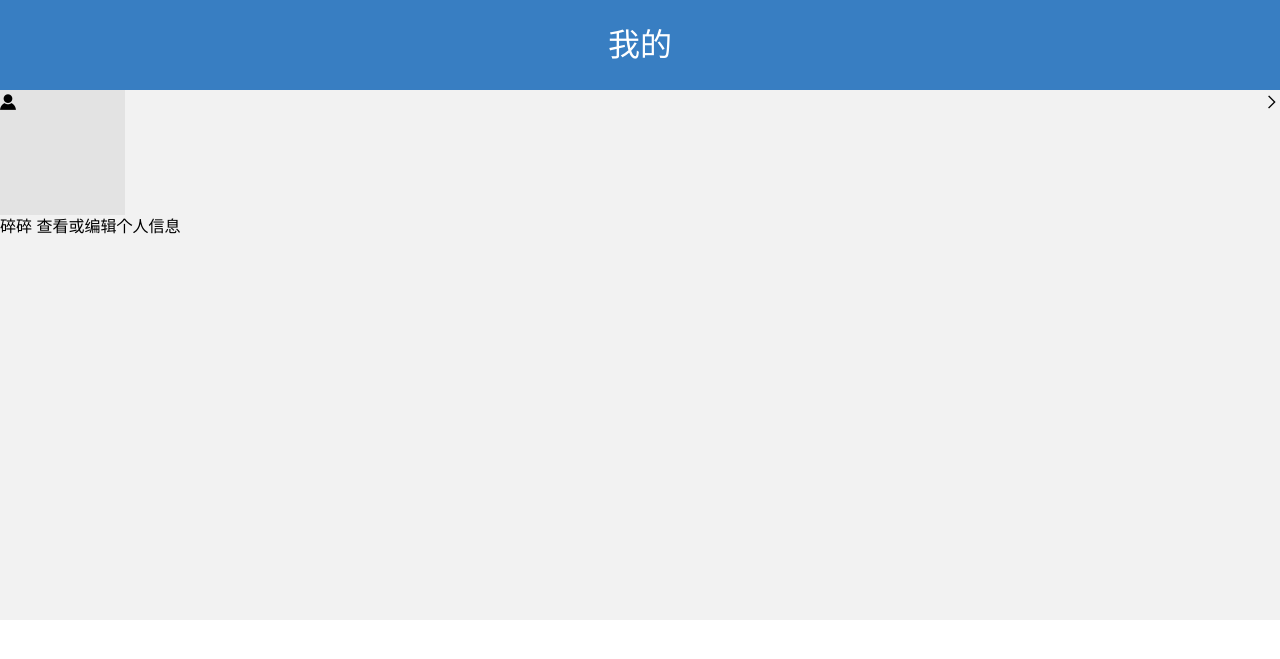
Repository: A1LExX/H5_study_set
Page: myProfile/index.html
These files come from the project's save history. The page is drawn as it stood at one moment and after the next save; the edit follows.
The browser window is 1280 px wide. The pictures show the whole page.

Above is the page before, as saved 2021-07-12 20:04:30.

After the next save:
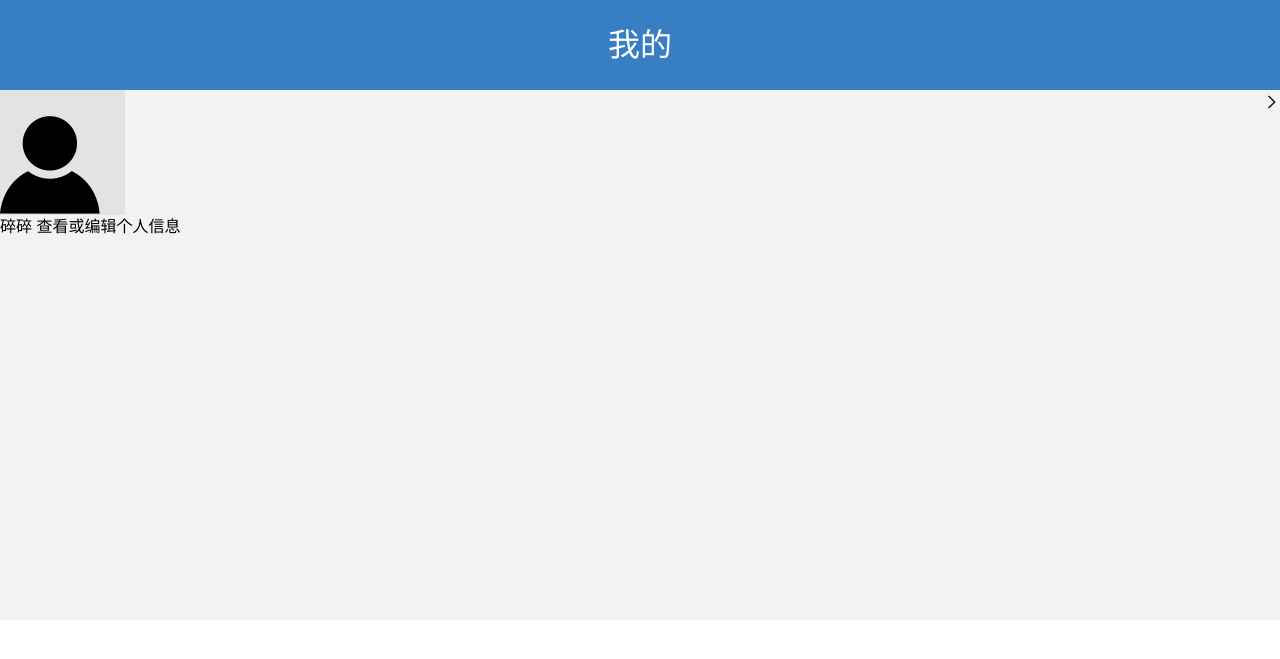
Saved 54 s later.
--- a/myProfile/css/index.css
+++ b/myProfile/css/index.css
@@ -2,7 +2,7 @@
  * @author [Alex Wei]
  * @email [w2262196@outlook.com]
  * @create date 2021-07-12 19:23:21
- * @modify date 2021-07-12 20:04:30
+ * @modify date 2021-07-12 20:05:24
  * @desc [description]
  */
 html, body{
@@ -45,8 +45,7 @@ body{
 }
 
 .icon-icontouxiang{
-    width: 1rem;
-    height: 1rem;
+    font-size: 1rem;
 }
 
 #footer{
